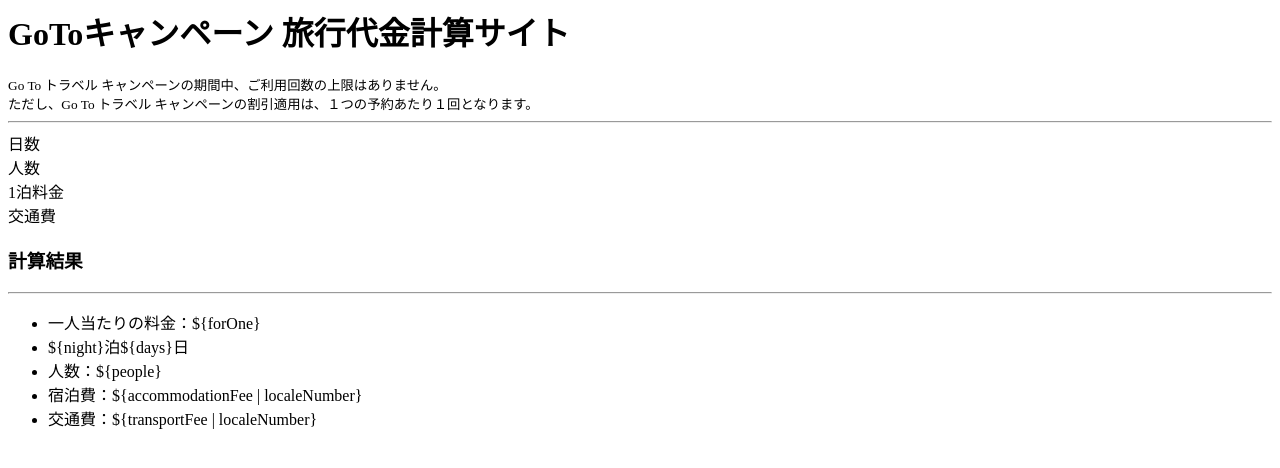
Repository: Ischca/ischca.github.io
Page: src/my-app.html
An editor plug-in stored every save of this project. The page is shown before and after the next save, followed by the edit.
The browser window is 1280 px wide. The pictures show the whole page.

Above is the page before, as saved 2020-10-02 16:30:09.

After the next save:
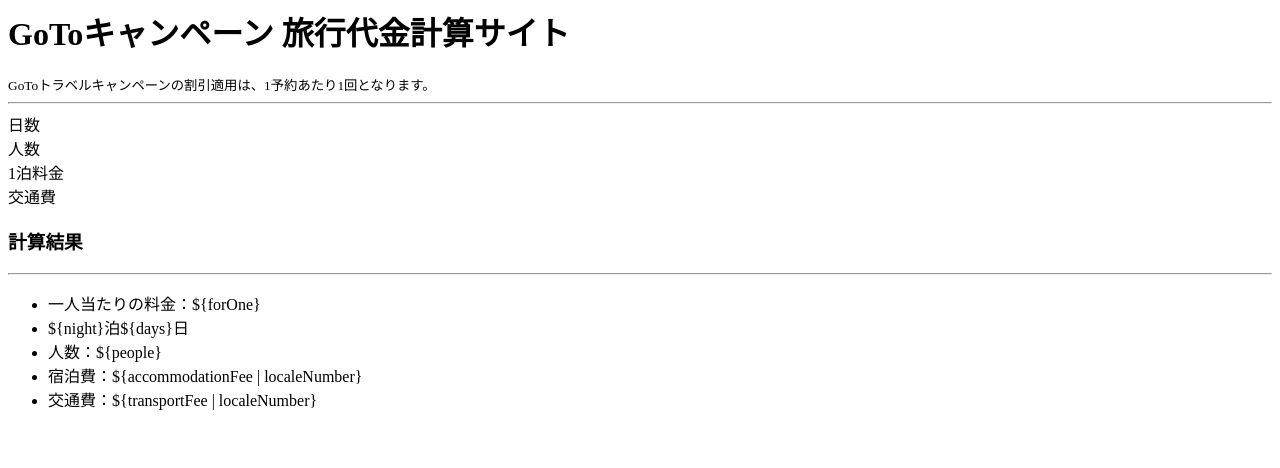
Saved 22 s later.
--- a/src/my-app.html
+++ b/src/my-app.html
@@ -6,9 +6,7 @@
 
     <div class="text-center">
         <small class="text-danger">
-            Go To トラベル キャンペーンの期間中、ご利用回数の上限はありません。
-            <br/>
-            ただし、Go To トラベル キャンペーンの割引適用は、１つの予約あたり１回となります。
+            GoToトラベルキャンペーンの割引適用は、1予約あたり1回となります。
         </small>
     </div>
 
